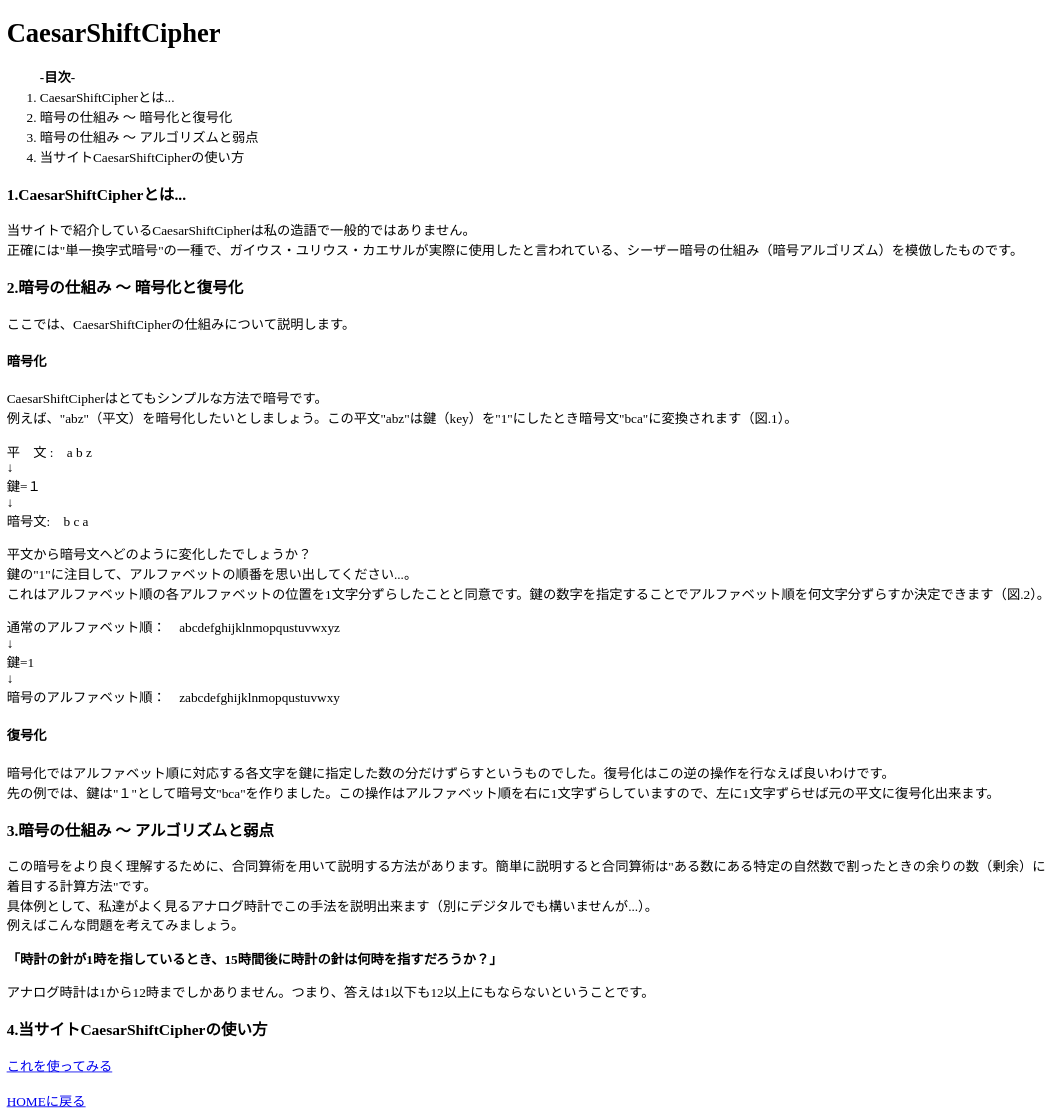
Repository: RantaWatari/TEST
Page: http://localhost/CipherProject/CipherMore?page=1
An editor plug-in stored every save of this project. The page is shown before and after the next save, followed by the edit.
The browser window is 1280 px wide. The pictures show the whole page, at 83% of full size.
The page is served by Tomcat 9.

Above is the page before, as saved 2017-07-25 07:15:47.

After the next save:
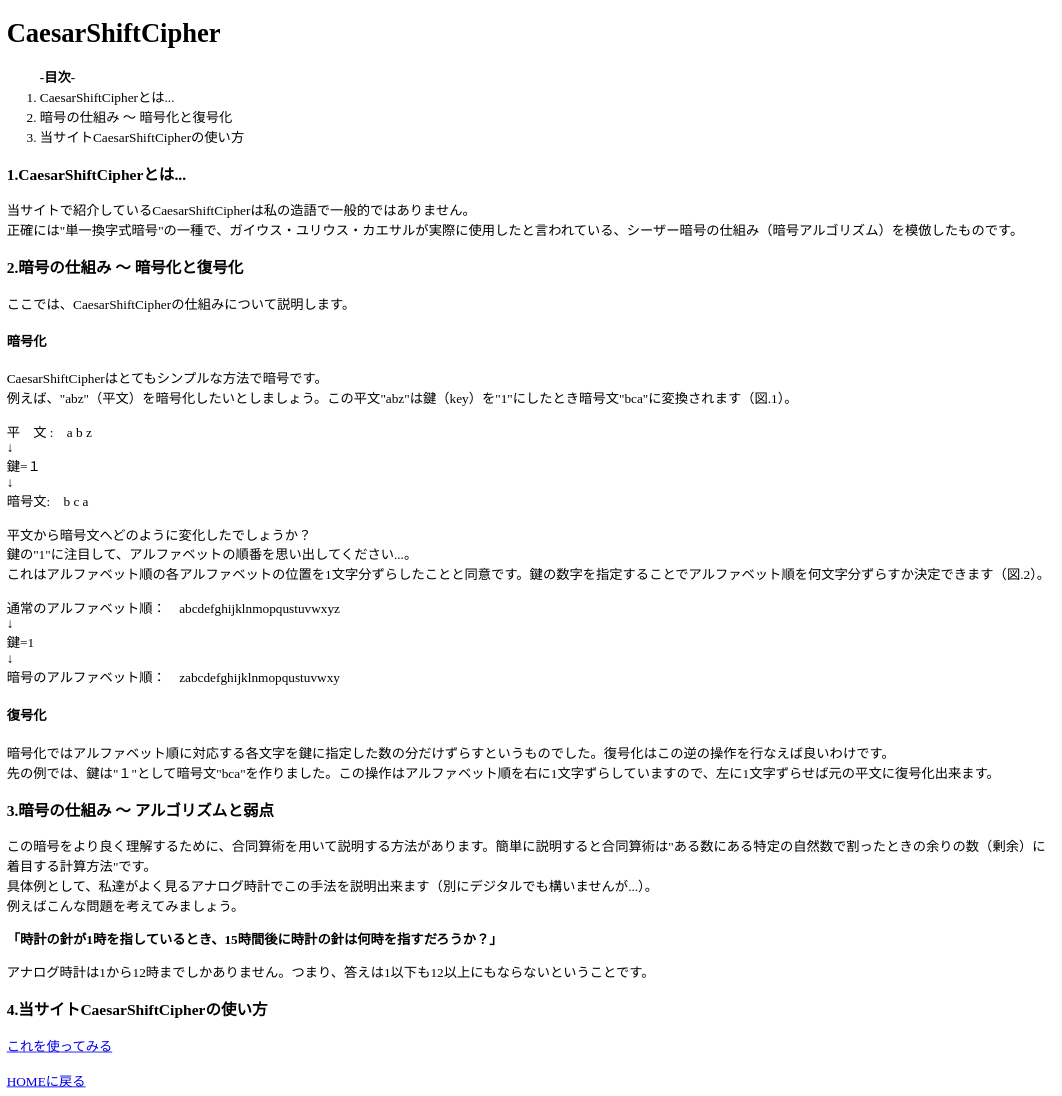
Saved 23 h 26 min later.
--- a/CipherProject/WebContent/WEB-INF/jsp/CaesarShiftCipher.jsp
+++ b/CipherProject/WebContent/WEB-INF/jsp/CaesarShiftCipher.jsp
@@ -13,7 +13,6 @@
 	<strong>-目次-</strong>
 	<li>CaesarShiftCipherとは...</li>
 	<li>暗号の仕組み ～ 暗号化と復号化</li>
-	<li>暗号の仕組み ～ アルゴリズムと弱点</li>
 	<li>当サイトCaesarShiftCipherの使い方</li>
 	</ol>
 
